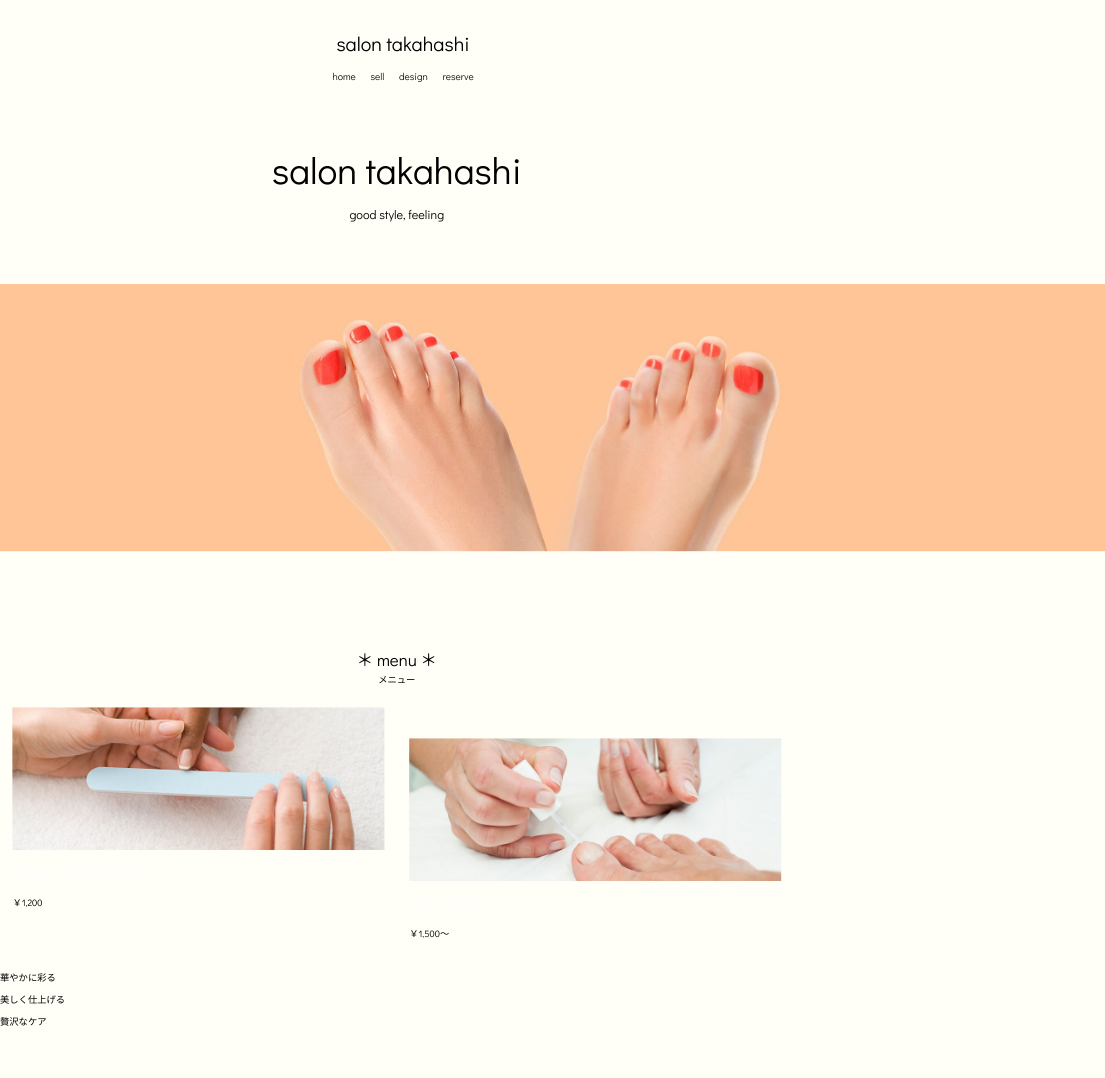
Repository: yukitakahashi1002/salontakahashi-
Page: index.html
An editor plug-in stored every save of this project. The page is shown before and after the next save, followed by the edit.
The browser window is 1280 px wide. The page is 1783 px wide, so the pictures cover 1783 px, including what lies to the right of the window. The pictures show the whole page, at 62% of full size.

Above is the page before, as saved 2023-07-29 00:38:35.

After the next save:
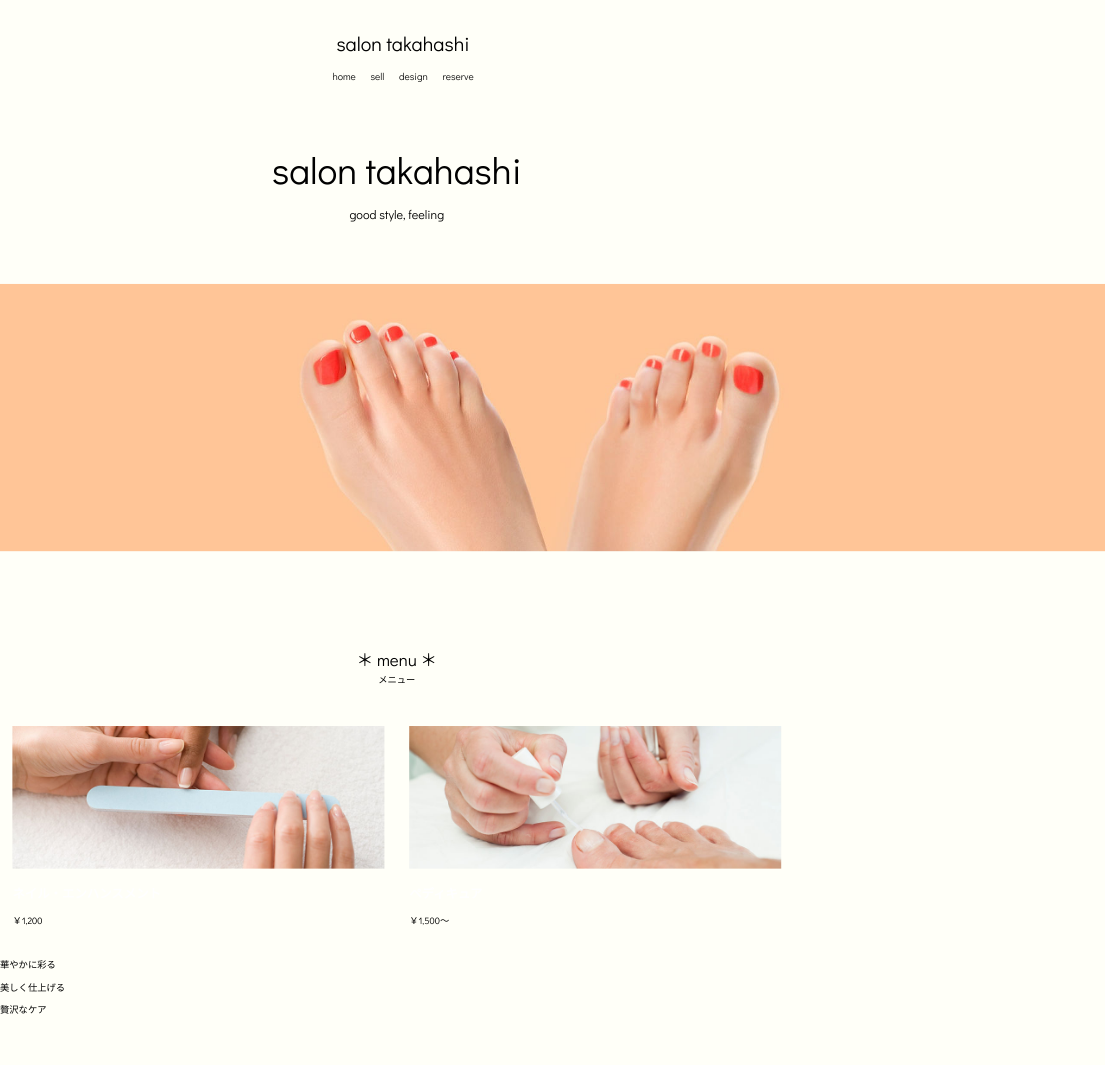
Saved 2 min 7 s later.
--- a/style.css
+++ b/style.css
@@ -98,7 +98,7 @@ h3 {
 
 #menu-flex > div {
     width: 50%;
-    margin: 20px;
+    margin: 50px 20px 20px 20px;
 }
 
 #menu-photo1 {
@@ -106,6 +106,5 @@ h3 {
 }
 
 #menu-photo2 {
-    margin-top: 50px;
     width: 100%;
 }
